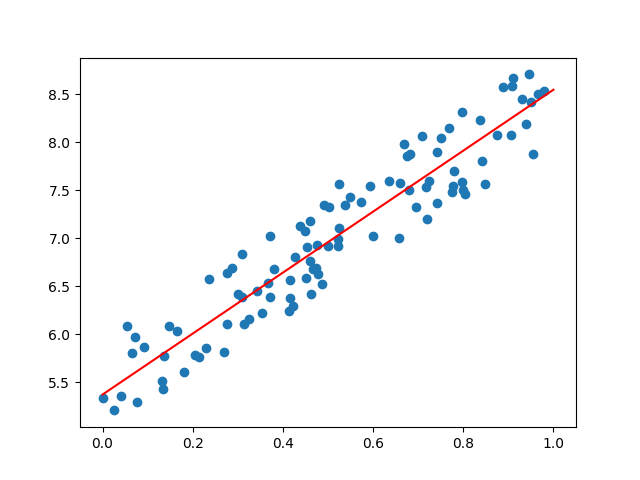
Repository: eieioF11/Python
Script's output: python project/python_sample/Machinelearning_LinearRegression.py
The author's editor kept a copy of each file at every save. The script's output is drawn from the files as they stood at one save, then again after a run of saves.
Random numbers start from a fixed seed.

Above is the script's output before, as saved 2020-05-24 11:22:36.

### project/python_sample/Machinelearning_LinearRegression.py
import numpy as np
import matplotlib.pyplot as plt
from sklearn.linear_model import LinearRegression

X1 = np.random.rand(100,1)

Y = 5 + 3 * X1 + np.random.rand(100,1)


lin_reg = LinearRegression().fit(X1,Y.ravel())

print(lin_reg.intercept_,lin_reg.coef_)

X1_new =  np.array([[0],[1]])

plt.plot(X1_new,lin_reg.intercept_+lin_reg.coef_*X1_new,'red')
plt.scatter(X1,Y)
plt.show()

After the next 11 saves:
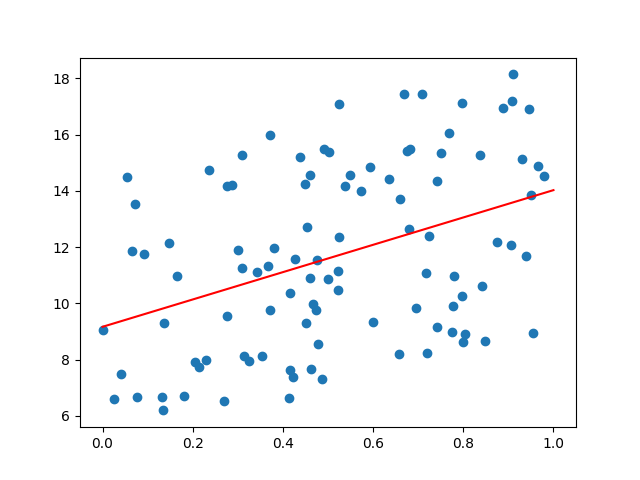
The 11 saves are shown as one change because 2 did not build or start and some came seconds apart.
The last was saved 55 s later.
--- a/project/python_sample/Machinelearning_LinearRegression.py
+++ b/project/python_sample/Machinelearning_LinearRegression.py
@@ -3,8 +3,9 @@ import matplotlib.pyplot as plt
 from sklearn.linear_model import LinearRegression
 
 X1 = np.random.rand(100,1)
+X2 = np.random.rand(100,1)
 
-Y = 5 + 3 * X1 + np.random.rand(100,1)
+Y = 5 + 3 * X1 + 10 * X2 + np.random.rand(100,1)
 
 
 lin_reg = LinearRegression().fit(X1,Y.ravel())
